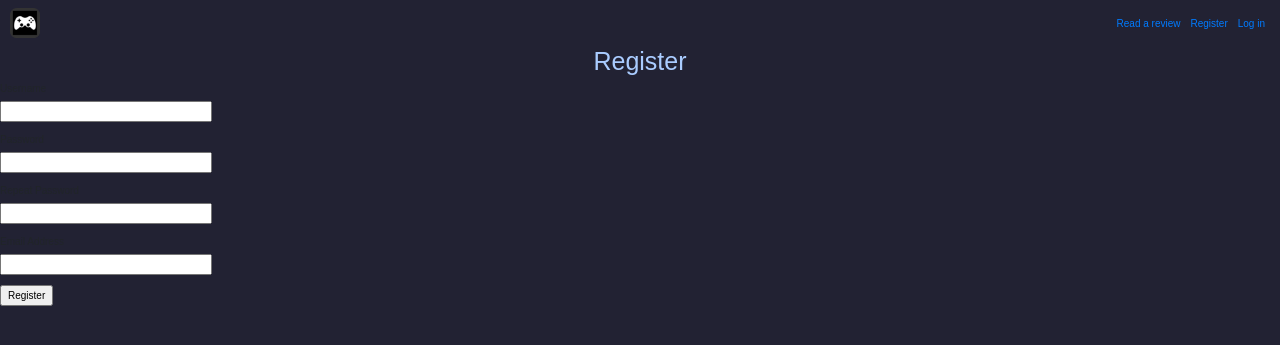
Repository: amit238/milestone-project-3
Page: http://localhost/register
The author's editor kept a record of every edit. The page is drawn from the files as they stood at one moment, then again after the next edit.
The browser window is 1280 px wide. The pictures show the whole page.
Some web libraries are served in a nearby version. The page is served by the project's application, run on Flask 3 (app.py).

Above is the page before.

After the next edit:
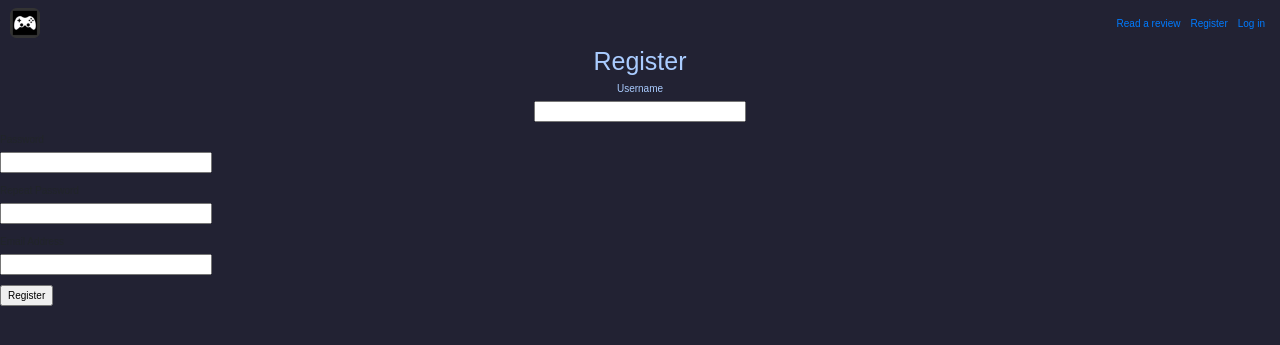
The edit:
--- a/templates/register.html
+++ b/templates/register.html
@@ -13,7 +13,7 @@
     {% endwith %}
     <form action="" method="post">
         {{ form.csrf_token }}
-        <p class="c">
+        <p class="color-center">
             {{ form.username.label }}<br>
             {{ form.username(size=32) }}<br
             {% for error in form.username.errors %}
